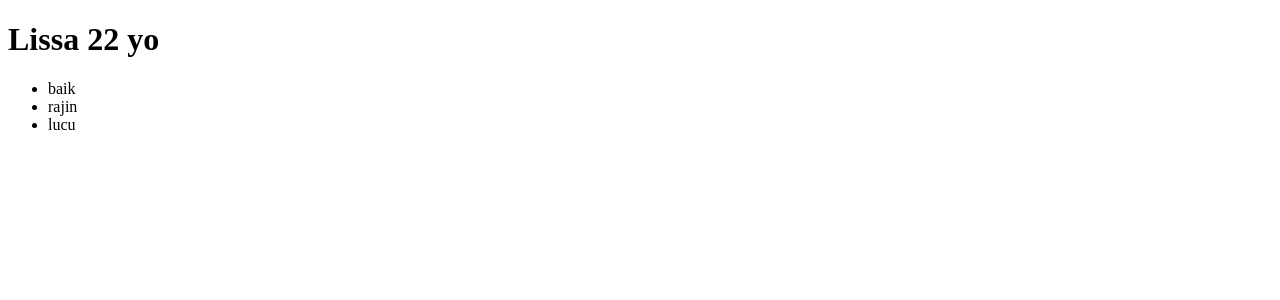
Repository: vincentdwi07/fufuk_lissa
Page: index.html
These files come from the project's save history. The page is drawn as it stood at one moment and after the next save; the edit follows.
The browser window is 1280 px wide. The pictures show the whole page.

Above is the page before, as saved 2025-08-30 20:06:51.

After the next save:
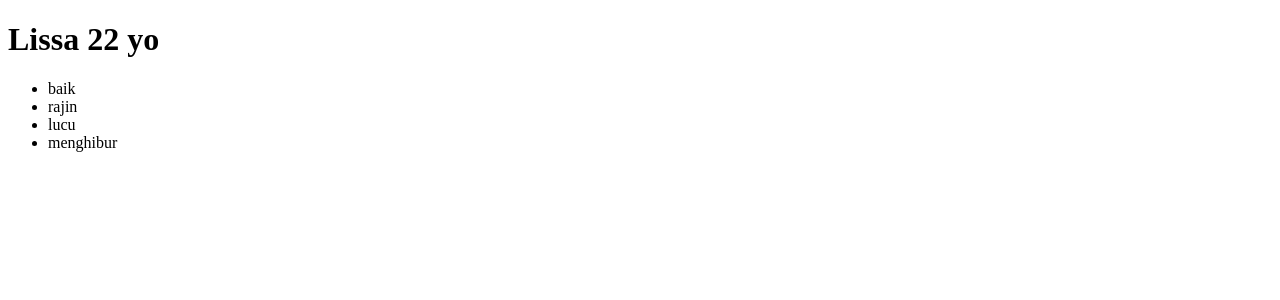
Saved 4 s later.
--- a/index.html
+++ b/index.html
@@ -11,6 +11,7 @@
         <li>baik</li>
         <li>rajin</li>
         <li>lucu</li>
+        <li>menghibur</li>
     </ul>
 </body>
 </html>
